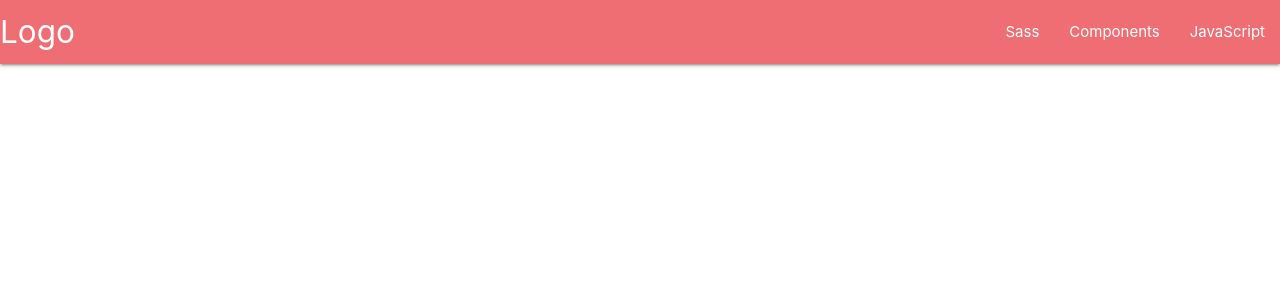
Repository: Dee1985/portfolio-React
Page: /
These files come from the project's save history. The page is drawn as it stood at one moment and after the next save; the edit follows.
The browser window is 1280 px wide. The pictures show the whole page.
The project was rebuilt for these pictures with package versions that can differ from the ones it lists, and the page was loaded fresh each time.

Above is the page before, as saved 2020-04-05 21:22:32.

After the next save:
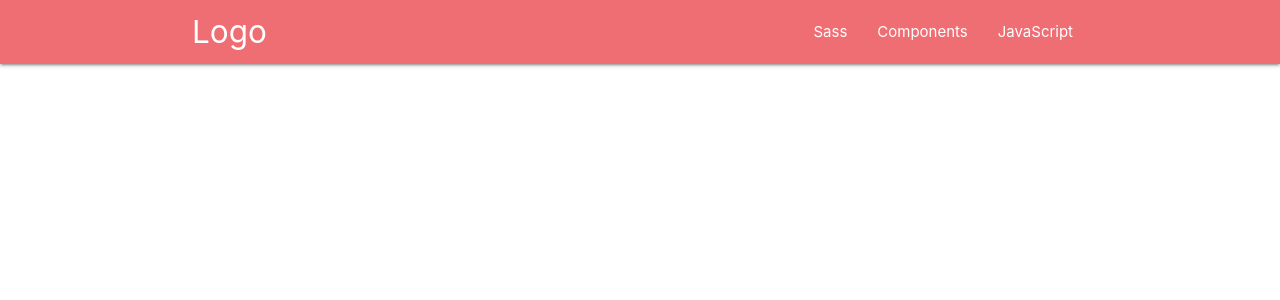
Saved 62 s later.
--- a/src/components/Navbar.js
+++ b/src/components/Navbar.js
@@ -4,21 +4,23 @@
 	return (
 		<>
 			<nav>
-				<div className="nav-wrapper">
-					<a href="#" className="brand-logo">
-						Logo
-					</a>
-					<ul id="nav-mobile" className="right hide-on-med-and-down">
-						<li>
-							<a>Sass</a>
-						</li>
-						<li>
-							<a>Components</a>
-						</li>
-						<li>
-							<a>JavaScript</a>
-						</li>
-					</ul>
+				<div className="container">
+					<div className="nav-wrapper">
+						<a href="#" className="brand-logo">
+							Logo
+						</a>
+						<ul id="nav-mobile" className="right hide-on-med-and-down">
+							<li>
+								<a>Sass</a>
+							</li>
+							<li>
+								<a>Components</a>
+							</li>
+							<li>
+								<a>JavaScript</a>
+							</li>
+						</ul>
+					</div>
 				</div>
 			</nav>
 		</>
